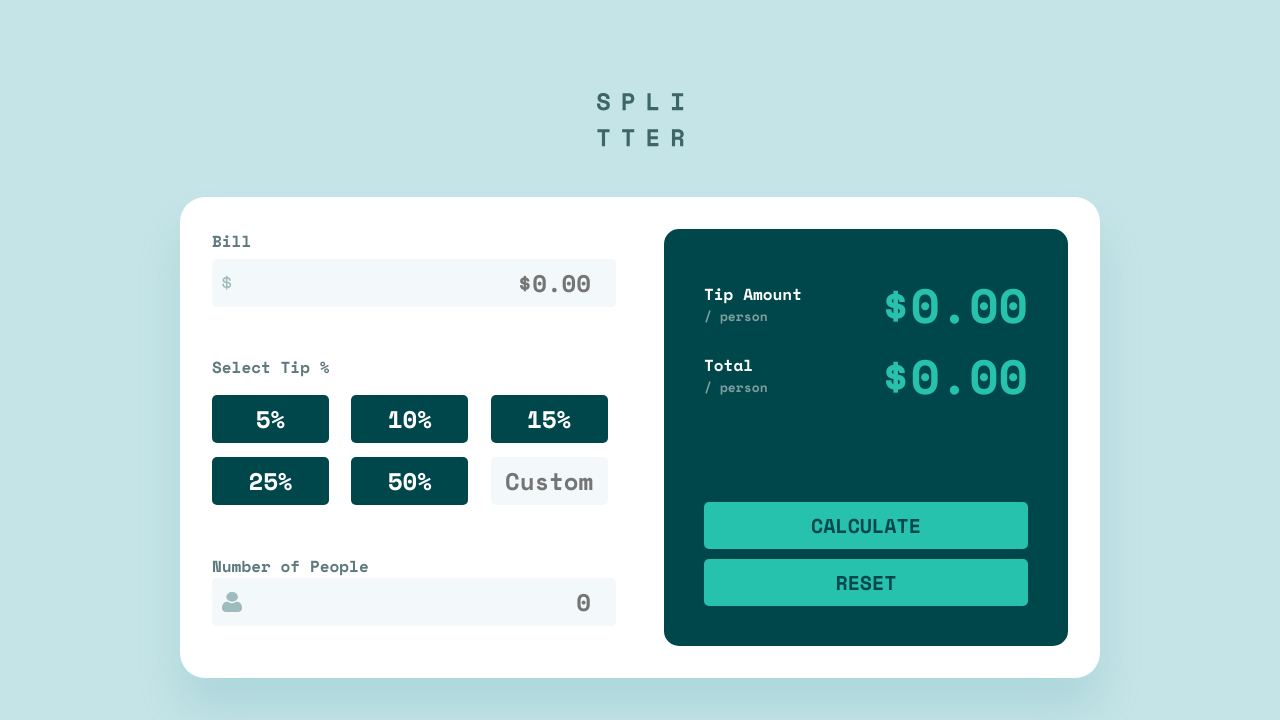
Repository: brandontaylor1/splitter
Page: index.html
An editor plug-in stored every save of this project. The page is shown before and after the next save, followed by the edit.
The browser window is 1280 px wide. The pictures show the whole page.

Above is the page before, as saved 2025-02-07 14:05:42.

After the next save:
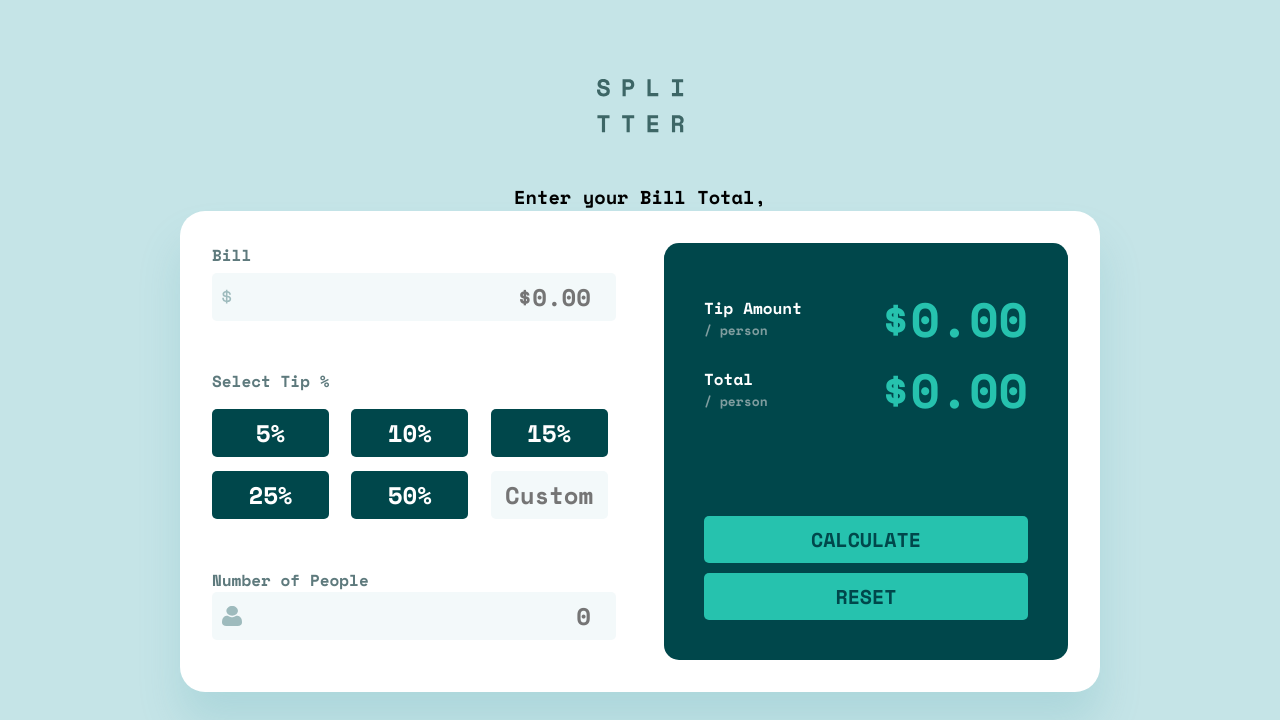
Saved 5 s later.
--- a/index.html
+++ b/index.html
@@ -12,7 +12,7 @@
 <body>
     <img src="./assets/images/logo.svg" id="logo-image" alt="logo image">
     <h1 class="error-message" id="form-error"></h1>
-    <h3></h3>
+    <h3>Enter your Bill Total, </h3>
     <main class="container">
         <form>
             <div class="left-column">
